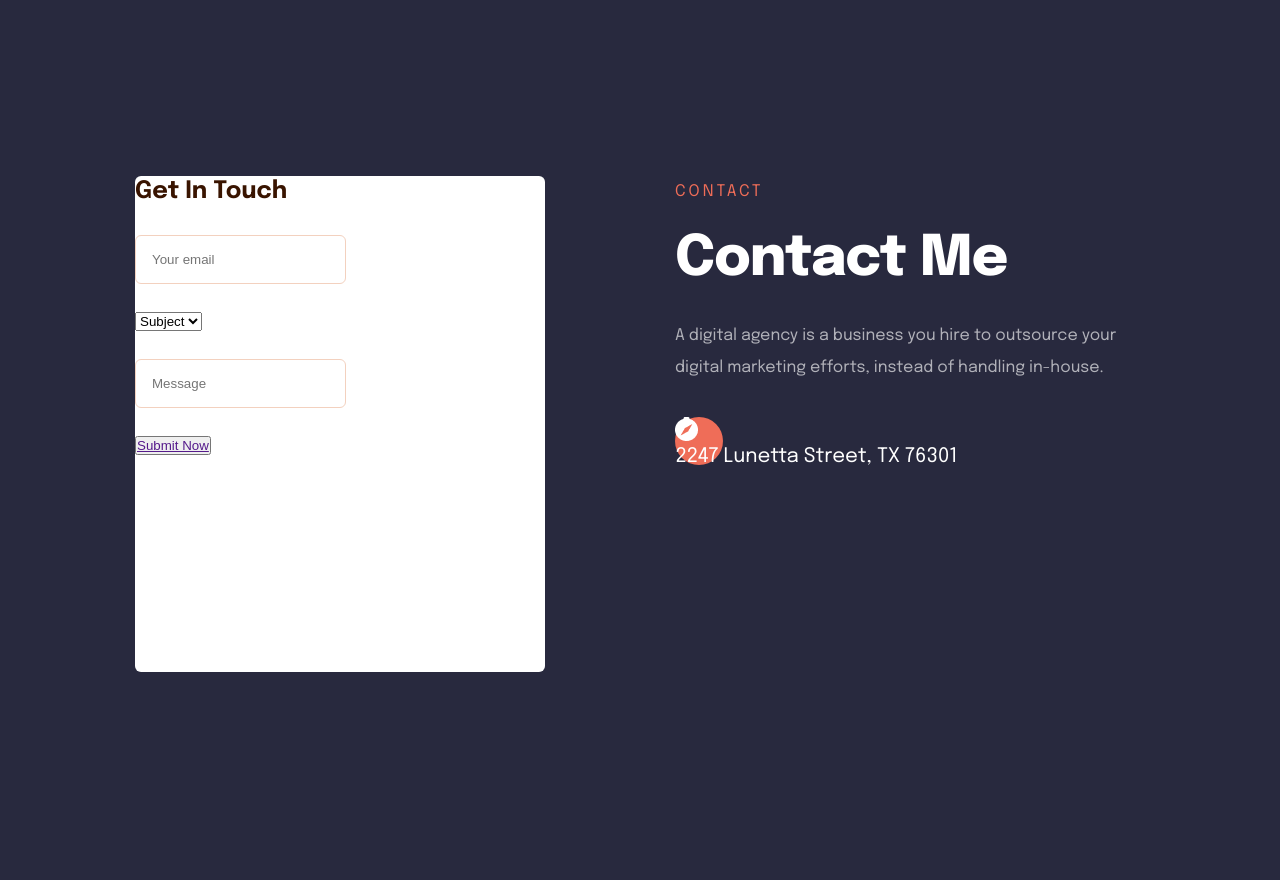
Repository: simralgasimov/contact-me
Page: index.html
These files come from the project's save history. The page is drawn as it stood at one moment and after a run of saves; the edit follows.
The browser window is 1280 px wide. The pictures show the whole page.

Above is the page before, as saved 2023-10-04 13:23:54.

After the next 5 saves:
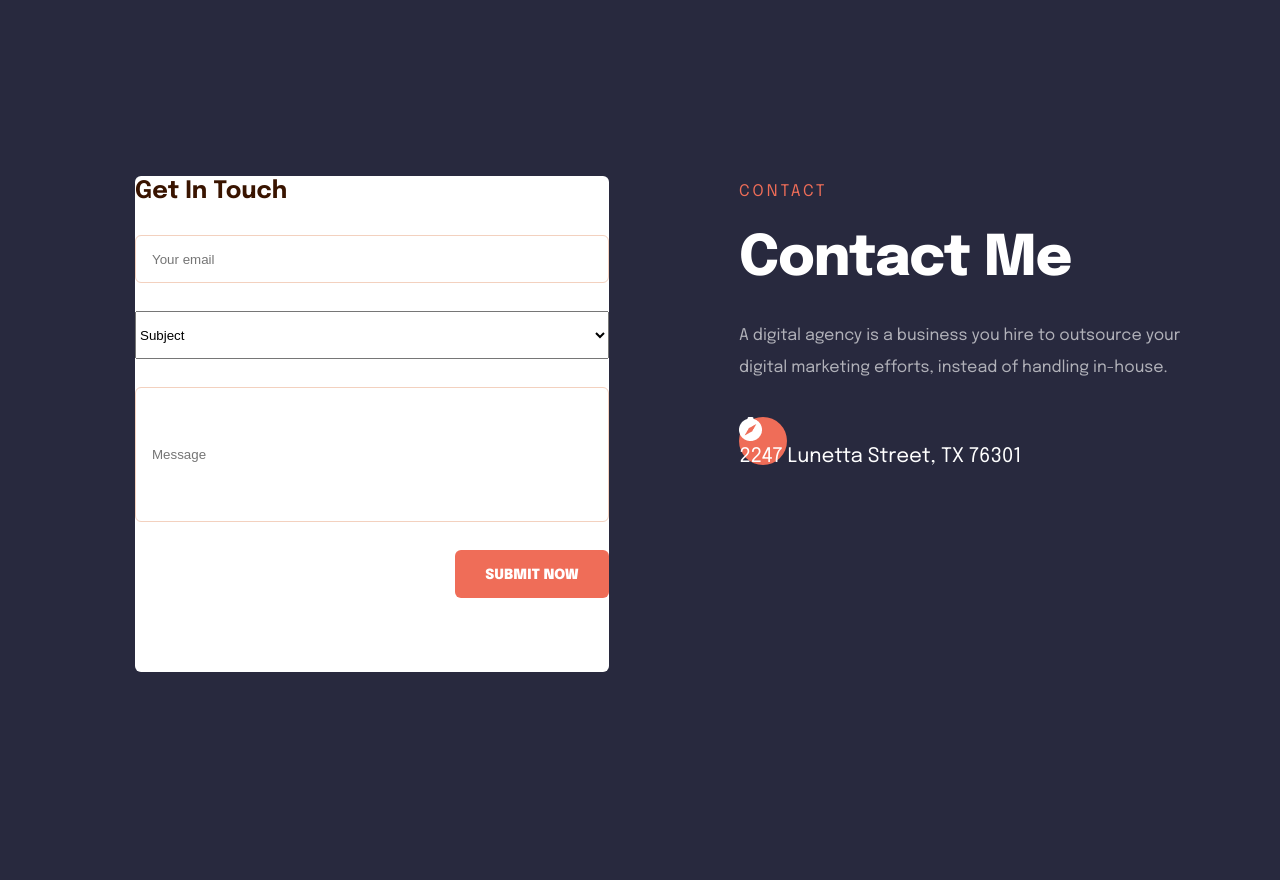
The 5 saves are shown as one change because they came seconds apart.
The last was saved 13 s later.
--- a/index.css
+++ b/index.css
@@ -47,22 +47,22 @@
   padding: 57px 48px 48px 48px;
 }
 
-.container .form form [type="email"] {
+.container  form [type="email"] {
   width: 474px;
   height: 48px;
 }
 
-.container .form form [id="subject"] {
+.container  form [id="subject"] {
   width: 474px;
   height: 48px;
 }
 
-.container .form form [type="textarea"] {
+.container  form [type="textarea"] {
   width: 474px;
   height: 135px;
 }
 
-.container .form button {
+.container form button {
   width: 154px;
   height: 48px;
   border-radius: 6px;
@@ -71,7 +71,7 @@
   float: right;
 }
 
-.container .form button a {
+.container form button a {
   text-decoration: none;
   color: #fff;
   text-align: center;
